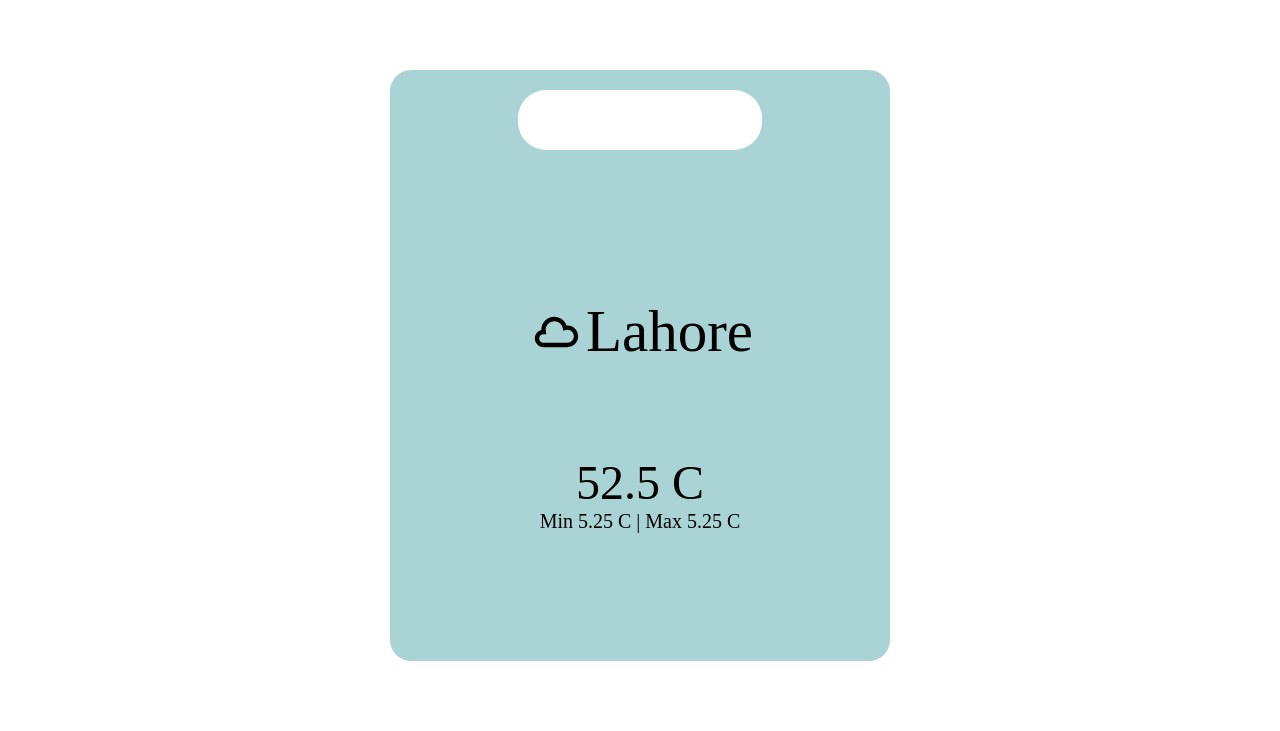
Repository: WajihaGul/Weather-App
Page: /
These files come from the project's save history. The page is drawn as it stood at one moment and after the next save; the edit follows.
The browser window is 1280 px wide. The pictures show the whole page.
The project was rebuilt for these pictures with package versions that can differ from the ones it lists, and the page was loaded fresh each time. Also part of the build but not shown: src/index.css.

Above is the page before, as saved 2024-05-29 18:32:39.

### public/index.html
<!DOCTYPE html>
<html lang="en">
  <head>
    <meta charset="utf-8" />
    <link rel="icon" href="%PUBLIC_URL%/favicon.ico" />
    <meta name="viewport" content="width=device-width, initial-scale=1" />
    <meta name="theme-color" content="#000000" />
    <meta
      name="description"
      content="Web site created using create-react-app"
    />
    <link rel="apple-touch-icon" href="%PUBLIC_URL%/logo192.png" />
    <!--
      manifest.json provides metadata used when your web app is installed on a
      user's mobile device or desktop. See https://developers.google.com/web/fundamentals/web-app-manifest/
    -->
    <link rel="stylesheet" href="https://cdnjs.cloudflare.com/ajax/libs/font-awesome/6.5.2/css/all.min.css" integrity="sha512-SnH5WK+bZxgPHs44uWIX+LLJAJ9/2PkPKZ5QiAj6Ta86w+fsb2TkcmfRyVX3pBnMFcV7oQPJkl9QevSCWr3W6A==" crossorigin="anonymous" referrerpolicy="no-referrer" />
    <link rel="manifest" href="%PUBLIC_URL%/manifest.json" />
    <!--
      Notice the use of %PUBLIC_URL% in the tags above.
      It will be replaced with the URL of the `public` folder during the build.
      Only files inside the `public` folder can be referenced from the HTML.

      Unlike "/favicon.ico" or "favicon.ico", "%PUBLIC_URL%/favicon.ico" will
      work correctly both with client-side routing and a non-root public URL.
      Learn how to configure a non-root public URL by running `npm run build`.
    -->
    <title>Weather App</title>
  </head>
  <body>
    <noscript>You need to enable JavaScript to run this app.</noscript>
    <div id="root"></div>
    <!--
      This HTML file is a template.
      If you open it directly in the browser, you will see an empty page.

      You can add webfonts, meta tags, or analytics to this file.
      The build step will place the bundled scripts into the <body> tag.

      To begin the development, run `npm start` or `yarn start`.
      To create a production bundle, use `npm run build` or `yarn build`.
    -->
  </body>
</html>

### src/App.js
import Weather from "./Components/Weather/Weather";
function App() {
  return <Weather />;
}

export default App;

### src/Components/Weather/Weather.jsx
import styles from "./Weather.module.css";
import { TiWeatherCloudy } from "react-icons/ti";
import React, { useState } from "react";

const Weather = () => {
  const [city, setCity] = useState("Lahore");
  return (
    <>
      <div className={styles.divhead}>
        <div>
          <input className={styles.search} type="search" />
        </div>
        <div className={styles.city}>
          <TiWeatherCloudy style={{ height: "52px", marginBottom: "-7px" }} />
          {city}
        </div>
        <div className={styles.temperature}>52.5 C</div>
        <div className={styles.minmax}>Min 5.25 C | Max 5.25 C</div>
      </div>
    </>
  );
};

export default Weather;

### src/Components/Weather/Weather.module.css
.divhead{
        height: 591px;
    width: 500px;
    background-color: #aad3d5;
    margin: 0 auto;
    margin-top: 70px;
    margin-bottom: 70px;
    display: flex;
    flex-direction: column;
    align-items: center;
    border-radius: 21px;
}
.search{
    margin-top: 20px;
    width: 244px;
    height: 60px;
    border: none;
    border-radius: 28px;
}
.city{
       padding-left: 50px;
    padding-right: 50px;
    padding-top: 146px;
    padding-bottom: 89px;
    font-family: emoji;
    font-size: 59px;
}
.temperature{
    font-size: xxx-large;
}

.minmax{
    font-size: 20px;
}

Loaded but not shown: src/index.js (common file); src/reportWebVitals.js (common file)

After the next save:
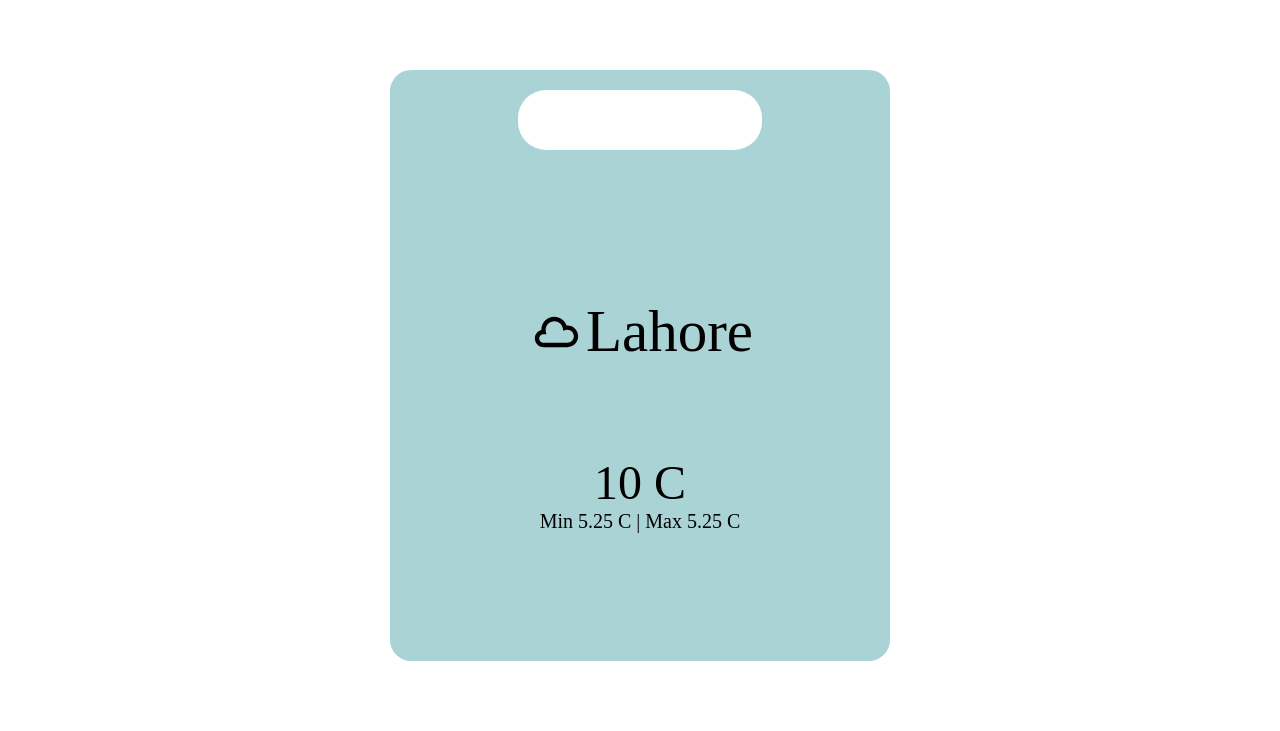
Saved 57 s later.
--- a/src/Components/Weather/Weather.jsx
+++ b/src/Components/Weather/Weather.jsx
@@ -4,6 +4,7 @@ import React, { useState } from "react";
 
 const Weather = () => {
   const [city, setCity] = useState("Lahore");
+  const [temperature, setTemperature] = useState("10 C");
   return (
     <>
       <div className={styles.divhead}>
@@ -14,7 +15,7 @@ const Weather = () => {
           <TiWeatherCloudy style={{ height: "52px", marginBottom: "-7px" }} />
           {city}
         </div>
-        <div className={styles.temperature}>52.5 C</div>
+        <div className={styles.temperature}>{temperature}</div>
         <div className={styles.minmax}>Min 5.25 C | Max 5.25 C</div>
       </div>
     </>
